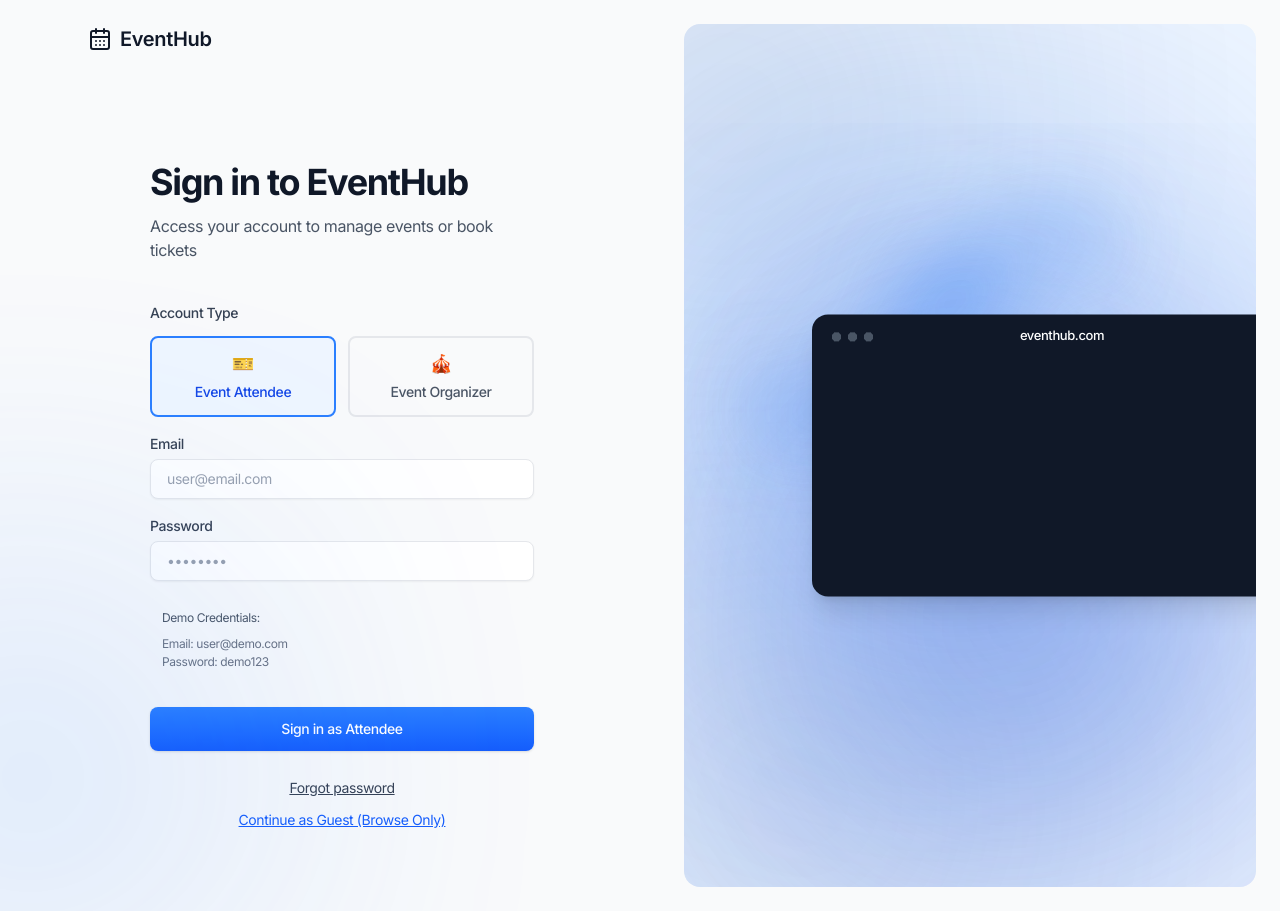
Repository: ghallymuhammad/eventhub-beta
Page: /signin
These files come from the project's save history. The page is drawn as it stood at one moment and after the next save; the edit follows.
The browser window is 1280 px wide. The pictures show the whole page.
The project was rebuilt for these pictures with package versions that can differ from the ones it lists, and the page was loaded fresh each time. The framework's server and built-in components were replaced by stand-ins that run in the browser. Also part of the build but not shown: next.config.js, components/ErrorBoundary.tsx.

Above is the page before, as saved 2025-10-07 13:41:34.

### app/layout.tsx
import "./css/style.css";

import { Inter } from "next/font/google";
import { Toaster } from "react-hot-toast";
import Providers from "@/components/providers/SessionProvider";
import ErrorBoundary from "@/components/ErrorBoundary";

const inter = Inter({
  subsets: ["latin"],
  variable: "--font-inter",
  display: "swap",
});

export const metadata = {
  title: "EventHub - Modern Event Management Platform",
  description: "Discover and book exciting events near you. EventHub offers seamless ticket purchasing, role-based access, and modern event management tools.",
};

export default function RootLayout({
  children,
}: {
  children: React.ReactNode;
}) {
  return (
    <html lang="en" className="scroll-smooth">
      <body
        className={`${inter.variable} bg-gray-50 font-inter tracking-tight text-gray-900 antialiased`}
      >
        <Providers>
          <ErrorBoundary>
            <div className="flex min-h-screen flex-col overflow-hidden supports-[overflow:clip]:overflow-clip">
              {children}
              <Toaster position="top-right" />
            </div>
          </ErrorBoundary>
        </Providers>
      </body>
    </html>
  );
}

### app/(auth)/layout.tsx
import Image from "next/image";
import Logo from "@/components/ui/logo";
import AuthBg from "@/public/images/auth-bg.svg";

export default function AuthLayout({
  children,
}: {
  children: React.ReactNode;
}) {
  return (
    <>
      <header className="absolute z-30 w-full">
        <div className="mx-auto max-w-6xl px-4 sm:px-6">
          <div className="flex h-16 items-center justify-between md:h-20">
            {/* Site branding */}
            <div className="mr-4 shrink-0">
              <Logo />
            </div>
          </div>
        </div>
      </header>

      <main className="relative flex grow">
        <div
          className="pointer-events-none absolute bottom-0 left-0 -translate-x-1/3"
          aria-hidden="true"
        >
          <div className="h-80 w-80 rounded-full bg-linear-to-tr from-blue-500 opacity-70 blur-[160px]"></div>
        </div>

        {/* Content */}
        <div className="w-full">
          <div className="flex h-full flex-col justify-center before:min-h-[4rem] before:flex-1 after:flex-1 md:before:min-h-[5rem]">
            <div className="px-4 sm:px-6">
              <div className="mx-auto w-full max-w-sm">
                <div className="py-16 md:py-20">{children}</div>
              </div>
            </div>
          </div>
        </div>

        <>
          {/* Right side */}
          <div className="relative my-6 mr-6 hidden w-[572px] shrink-0 overflow-hidden rounded-2xl lg:block">
            {/* Background */}
            <div
              className="pointer-events-none absolute left-1/2 top-1/2 -z-10 -ml-24 -translate-x-1/2 -translate-y-1/2 bg-blue-50"
              aria-hidden="true"
            >
              <Image
                src={AuthBg}
                className="max-w-none"
                width={1285}
                height={1684}
                alt="Auth bg"
              />
            </div>
            {/* Illustration */}
            <div className="absolute left-32 top-1/2 w-[500px] -translate-y-1/2">
              <div className="aspect-video w-full rounded-2xl bg-gray-900 px-5 py-3 shadow-xl transition duration-300">
                <div className="relative mb-8 flex items-center justify-between before:block before:h-[9px] before:w-[41px] before:bg-[length:16px_9px] before:[background-image:radial-gradient(circle_at_4.5px_4.5px,var(--color-gray-600)_4.5px,transparent_0)] after:w-[41px]">
                  <span className="text-[13px] font-medium text-white">
                    eventhub.com
                  </span>
                </div>
                <div className="font-mono text-sm text-gray-500 transition duration-300 [&_span]:opacity-0">
                  <span className="animate-[code-1_10s_infinite] text-gray-200">
                    npm login
                  </span>{" "}
                  <span className="animate-[code-2_10s_infinite]">
                    --registry=https://npm.pkg.github.com
                  </span>
                  <br />
                  <span className="animate-[code-3_10s_infinite]">
                    --scope=@phanatic
                  </span>{" "}
                  <span className="animate-[code-4_10s_infinite]">
                    Successfully logged-in.
                  </span>
                  <br />
                  <br />
                  <span className="animate-[code-5_10s_infinite] text-gray-200">
                    npm publish
                  </span>
                  <br />
                  <span className="animate-[code-6_10s_infinite]">
                    Package published.
                  </span>
                </div>
              </div>
            </div>
          </div>
        </>
      </main>
    </>
  );
}

### app/(auth)/signin/page.tsx
'use client';

import Link from "next/link";
import { useState } from "react";
import { useRouter } from "next/navigation";
import { signIn, getSession } from "next-auth/react";

export default function SignIn() {
  const [email, setEmail] = useState('');
  const [password, setPassword] = useState('');
  const [role, setRole] = useState('user'); // user, organizer
  const [isLoading, setIsLoading] = useState(false);
  const [error, setError] = useState('');
  const router = useRouter();

  const handleSubmit = async (e: React.FormEvent) => {
    e.preventDefault();
    setIsLoading(true);
    setError('');

    try {
      // For testing purposes, create a mock signin that works with our burger menu
      // In production, this would authenticate against the database
      if (email && password) {

        // Mock user data based on email for testing
        const mockUserData = {
          email,
          role: role.toUpperCase(), // Convert to match enum
          name: role === 'organizer' ? 'Music Events Indonesia' : 'Ahmad Rahman',
          id: '1'
        };

        // Store in session storage for mock session
        sessionStorage.setItem('mockUser', JSON.stringify(mockUserData));

        // For now, we'll use a simple redirect since the database isn't set up
        // Redirect based on role
        if (role === 'organizer') {
          router.push('/organizer');
        } else {
          router.push('/');
        }

        // Force page refresh to update session state
        window.location.reload();
      } else {
        setError('Please fill in all fields');
      }
    } catch (error) {
      console.error('Sign in error:', error);
      setError('Sign in failed. Please try again.');
    } finally {
      setIsLoading(false);
    }
  };

  return (
    <>
      <div className="mb-10">
        <h1 className="text-4xl font-bold">Sign in to EventHub</h1>
        <p className="text-gray-600 mt-2">
          Access your account to manage events or book tickets
        </p>
      </div>

      {/* Form */}
      <form onSubmit={handleSubmit}>
        <div className="space-y-4">
          {/* Role Selection */}
          <div>
            <label className="mb-3 block text-sm font-medium text-gray-700">
              Account Type
            </label>
            <div className="grid grid-cols-2 gap-3">
              <button
                type="button"
                onClick={() => setRole('user')}
                className={`p-3 text-sm font-medium rounded-lg border-2 transition-colors ${
                  role === 'user'
                    ? 'border-blue-500 bg-blue-50 text-blue-700'
                    : 'border-gray-200 text-gray-600 hover:border-gray-300'
                }`}
              >
                <div className="text-center">
                  <div className="text-lg mb-1">🎫</div>
                  <div>Event Attendee</div>
                </div>
              </button>
              <button
                type="button"
                onClick={() => setRole('organizer')}
                className={`p-3 text-sm font-medium rounded-lg border-2 transition-colors ${
                  role === 'organizer'
                    ? 'border-blue-500 bg-blue-50 text-blue-700'
                    : 'border-gray-200 text-gray-600 hover:border-gray-300'
                }`}
              >
                <div className="text-center">
                  <div className="text-lg mb-1">🎪</div>
                  <div>Event Organizer</div>
                </div>
              </button>
            </div>
          </div>

          <div>
            <label
              className="mb-1 block text-sm font-medium text-gray-700"
              htmlFor="email"
            >
              Email
            </label>
            <input
              className="form-input w-full py-2"
              id="email"
              type="email"
              value={email}
              onChange={(e) => setEmail(e.target.value)}
              placeholder={role === 'organizer' ? 'organizer@eventcompany.com' : 'user@email.com'}
              required
            />
          </div>
          <div>
            <label
              className="mb-1 block text-sm font-medium text-gray-700"
              htmlFor="password"
            >
              Password
            </label>
            <input
              className="form-input w-full py-2"
              id="password"
              type="password"
              value={password}
              onChange={(e) => setPassword(e.target.value)}
              autoComplete="current-password"
              placeholder="••••••••"
              required
            />
          </div>
        </div>

        {/* Demo Credentials */}
        <div className="mt-4 p-3 bg-gray-50 rounded-lg">
          <p className="text-xs text-gray-600 mb-2">Demo Credentials:</p>
          {role === 'user' ? (
            <div className="text-xs text-gray-500">
              <div>Email: user@demo.com</div>
              <div>Password: demo123</div>
            </div>
          ) : (
            <div className="text-xs text-gray-500">
              <div>Email: organizer@demo.com</div>
              <div>Password: admin123</div>
            </div>
          )}
        </div>

        {/* Error Message */}
        {error && (
          <div className="mt-4 p-3 bg-red-50 border border-red-200 rounded-lg">
            <p className="text-sm text-red-600">{error}</p>
          </div>
        )}

        <div className="mt-6">
          <button
            type="submit"
            disabled={isLoading}
            className="btn w-full bg-linear-to-t from-blue-600 to-blue-500 bg-[length:100%_100%] bg-[bottom] text-white shadow-sm hover:bg-[length:100%_150%] disabled:opacity-50 disabled:cursor-not-allowed"
          >
            {isLoading ? 'Signing in...' : `Sign in as ${role === 'organizer' ? 'Organizer' : 'Attendee'}`}
          </button>
        </div>
      </form>

      {/* Bottom links */}
      <div className="mt-6 text-center space-y-2">
        <div>
          <Link
            className="text-sm text-gray-700 underline hover:no-underline"
            href="/reset-password"
          >
            Forgot password
          </Link>
        </div>
        <div>
          <Link
            className="text-sm text-blue-600 underline hover:no-underline"
            href="/"
          >
            Continue as Guest (Browse Only)
          </Link>
        </div>
      </div>
    </>
  );
}

### app/css/style.css
@import 'tailwindcss';

/* Additional styles */
@import './additional-styles/utility-patterns.css' layer(components);
@import './additional-styles/theme.css';

/* Modern smooth animations */
@keyframes fadeInUp {
  from {
    opacity: 0;
    transform: translateY(30px);
  }
  to {
    opacity: 1;
    transform: translateY(0);
  }
}

@keyframes fadeIn {
  from {
    opacity: 0;
  }
  to {
    opacity: 1;
  }
}

@keyframes pulse-soft {
  0%, 100% {
    opacity: 0.3;
  }
  50% {
    opacity: 0.6;
  }
}

/* Smooth scrolling */
html {
  scroll-behavior: smooth;
}

/* Custom backdrop blur */
.backdrop-blur-xs {
  backdrop-filter: blur(2px);
}

/* Custom button animations */
.btn-hover-lift {
  transition: all 0.3s cubic-bezier(0.4, 0, 0.2, 1);
}

.btn-hover-lift:hover {
  transform: translateY(-2px);
  box-shadow: 0 10px 25px -3px rgba(0, 0, 0, 0.1), 0 4px 6px -2px rgba(0, 0, 0, 0.05);
}

@plugin "@tailwindcss/forms" {
  strategy: base;
}

@theme {
  --font-inter: Inter, sans-serif;
  --font-mono: Roboto Mono, monospace;

  --text-xs: 0.75rem;
  --text-xs--line-height: 1.5;
  --text-sm: 0.875rem;
  --text-sm--line-height: 1.5715;
  --text-base: 1rem;
  --text-base--line-height: 1.5;
  --text-base--letter-spacing: -0.017em;
  --text-lg: 1.125rem;
  --text-lg--line-height: 1.5;
  --text-lg--letter-spacing: -0.017em;
  --text-xl: 1.25rem;
  --text-xl--line-height: 1.5;
  --text-xl--letter-spacing: -0.017em;
  --text-2xl: 1.5rem;
  --text-2xl--line-height: 1.415;
  --text-2xl--letter-spacing: -0.037em;
  --text-3xl: 1.875rem;
  --text-3xl--line-height: 1.3333;
  --text-3xl--letter-spacing: -0.037em;
  --text-4xl: 2.25rem;
  --text-4xl--line-height: 1.2777;
  --text-4xl--letter-spacing: -0.037em;
  --text-5xl: 3rem;
  --text-5xl--line-height: 1;
  --text-5xl--letter-spacing: -0.037em;
  --text-6xl: 4rem;
  --text-6xl--line-height: 1;
  --text-6xl--letter-spacing: -0.037em;
  --text-7xl: 4.5rem;
  --text-7xl--line-height: 1;
  --text-7xl--letter-spacing: -0.037em;

  --animate-code-1: code-1;
  --animate-code-2: code-2;
  --animate-code-3: code-3;
  --animate-code-4: code-4;
  --animate-code-5: code-5;
  --animate-code-6: code-6;
  --animate-breath: breath;
  --animate-float: float;
  --animate-line: line;
  --animate-infinite-scroll: infinite-scroll;

  @keyframes code-1 {
    0% {
      opacity: 0;
    }
    2.5% {
      opacity: 1;
    }
    97.5% {
      opacity: 1;
    }
    100% {
      opacity: 0;
    }
  }
  @keyframes code-2 {
    16.2% {
      opacity: 0;
    }
    18.75% {
      opacity: 1;
    }
    97.5% {
      opacity: 1;
    }
    100% {
      opacity: 0;
    }
  }
  @keyframes code-3 {
    32.5% {
      opacity: 0;
    }
    35% {
      opacity: 1;
    }
    97.5% {
      opacity: 1;
    }
    100% {
      opacity: 0;
    }
  }
  @keyframes code-4 {
    48.75% {
      opacity: 0;
    }
    51.25% {
      opacity: 1;
    }
    97.5% {
      opacity: 1;
    }
    100% {
      opacity: 0;
    }
  }
  @keyframes code-5 {
    65% {
      opacity: 0;
    }
    72.5% {
      opacity: 1;
    }
    97.5% {
      opacity: 1;
    }
    100% {
      opacity: 0;
    }
  }
  @keyframes code-6 {
    81.25% {
      opacity: 0;
    }
    83.75% {
      opacity: 1;
    }
    97.5% {
      opacity: 1;
    }
    100% {
      opacity: 0;
    }
  }
  @keyframes breath {
    0%,
    100% {
      transform: scale(0.95);
    }
    50% {
      transform: scale(1.1);
    }
  }
  @keyframes float {
    0%,
    100% {
      transform: translateY(0);
    }
    50% {
      transform: translateY(-5%);
    }
  }
  @keyframes line {
    0%,
    100% {
      left: 0;
      opacity: 0;
    }
    50% {
      left: 100%;
      transform: translateX(-100%);
    }
    10%,
    40%,
    60%,
    90% {
      opacity: 0;
    }
    25%,
    75% {
      opacity: 1;
    }
  }
  @keyframes infinite-scroll {
    from {
      transform: translateX(0);
    }
    to {
      transform: translateX(-100%);
    }
  }
}

/*
  The default border color has changed to `currentColor` in Tailwind CSS v4,
  so we've added these compatibility styles to make sure everything still
  looks the same as it did with Tailwind CSS v3.

  If we ever want to remove these styles, we need to add an explicit border
  color utility to any element that depends on these defaults.
*/
@layer base {
  *,
  ::after,
  ::before,
  ::backdrop,
  ::file-selector-button {
    border-color: var(--color-gray-200, currentColor);
  }
}

### components/providers/SessionProvider.tsx
'use client';

import { SessionProvider } from 'next-auth/react';
import { ReactNode } from 'react';

interface Props {
  children: ReactNode;
}

export default function Providers({ children }: Props) {
  return (
    <SessionProvider>
      {children}
    </SessionProvider>
  );
}

### components/ui/logo.tsx
import Link from "next/link";

export default function Logo() {
  return (
    <Link href="/" className="inline-flex items-center space-x-2 group" aria-label="EventHub">
      <svg
        xmlns="http://www.w3.org/2000/svg"
        width="24"
        height="24"
        viewBox="0 0 24 24"
        fill="none"
        stroke="currentColor"
        strokeWidth="2"
        strokeLinecap="round"
        strokeLinejoin="round"
        className="text-gray-900 group-hover:text-blue-600 transition-colors duration-200"
      >
        <path d="M8 2v4"/>
        <path d="M16 2v4"/>
        <rect width="18" height="18" x="3" y="4" rx="2"/>
        <path d="M3 10h18"/>
        <path d="M8 14h.01"/>
        <path d="M12 14h.01"/>
        <path d="M16 14h.01"/>
        <path d="M8 18h.01"/>
        <path d="M12 18h.01"/>
        <path d="M16 18h.01"/>
      </svg>
      <span className="text-xl font-semibold text-gray-900 group-hover:text-blue-600 transition-colors duration-200">
        EventHub
      </span>
    </Link>
  );
}

### app/css/additional-styles/theme.css
/* Scrollspy links */
[data-scrollspy-link].scrollspy-active {
  @apply text-blue-500 font-medium;
}

/* Custom AOS animations */
[data-aos="zoom-y-out"] {
transform: scaleX(1.03);
opacity: 0;
transition-property: transform, opacity;
}

@media screen {
  html:not(.no-js) body [data-aos=fade-up] {
      -webkit-transform: translate3d(0, 10px, 0);
      transform: translate3d(0, 10px, 0);
  }

  html:not(.no-js) body [data-aos=fade-down] {
      -webkit-transform: translate3d(0, -10px, 0);
      transform: translate3d(0, -10px, 0);
  }

  html:not(.no-js) body [data-aos=fade-right] {
      -webkit-transform: translate3d(-10px, 0, 0);
      transform: translate3d(-10px, 0, 0);
  }

  html:not(.no-js) body [data-aos=fade-left] {
      -webkit-transform: translate3d(10px, 0, 0);
      transform: translate3d(10px, 0, 0);
  }

  html:not(.no-js) body [data-aos=fade-up-right] {
      -webkit-transform: translate3d(-10px, 10px, 0);
      transform: translate3d(-10px, 10px, 0);
  }

  html:not(.no-js) body [data-aos=fade-up-left] {
      -webkit-transform: translate3d(10px, 10px, 0);
      transform: translate3d(10px, 10px, 0);
  }

  html:not(.no-js) body [data-aos=fade-down-right] {
      -webkit-transform: translate3d(-10px, -10px, 0);
      transform: translate3d(-10px, -10px, 0);
  }

  html:not(.no-js) body [data-aos=fade-down-left] {
      -webkit-transform: translate3d(10px, -10px, 0);
      transform: translate3d(10px, -10px, 0);
  }

  html:not(.no-js) body [data-aos=zoom-in-up] {
      -webkit-transform: translate3d(0, 10px, 0) scale(.6);
      transform: translate3d(0, 10px, 0) scale(.6);
  }

  html:not(.no-js) body [data-aos=zoom-in-down] {
      -webkit-transform: translate3d(0, -10px, 0) scale(.6);
      transform: translate3d(0, -10px, 0) scale(.6);
  }

  html:not(.no-js) body [data-aos=zoom-in-right] {
      -webkit-transform: translate3d(-10px, 0, 0) scale(.6);
      transform: translate3d(-10px, 0, 0) scale(.6);
  }

  html:not(.no-js) body [data-aos=zoom-in-left] {
      -webkit-transform: translate3d(10px, 0, 0) scale(.6);
      transform: translate3d(10px, 0, 0) scale(.6);
  }

  html:not(.no-js) body [data-aos=zoom-out-up] {
      -webkit-transform: translate3d(0, 10px, 0) scale(1.2);
      transform: translate3d(0, 10px, 0) scale(1.2);
  }

  html:not(.no-js) body [data-aos=zoom-out-down] {
      -webkit-transform: translate3d(0, -10px, 0) scale(1.2);
      transform: translate3d(0, -10px, 0) scale(1.2);
  }

  html:not(.no-js) body [data-aos=zoom-out-right] {
      -webkit-transform: translate3d(-10px, 0, 0) scale(1.2);
      transform: translate3d(-10px, 0, 0) scale(1.2);
  }

  html:not(.no-js) body [data-aos=zoom-out-left] {
      -webkit-transform: translate3d(10px, 0, 0) scale(1.2);
      transform: translate3d(10px, 0, 0) scale(1.2);
  }
}

Loaded but not shown: app/css/additional-styles/utility-patterns.css (371 lines, source omitted)

After the next save:
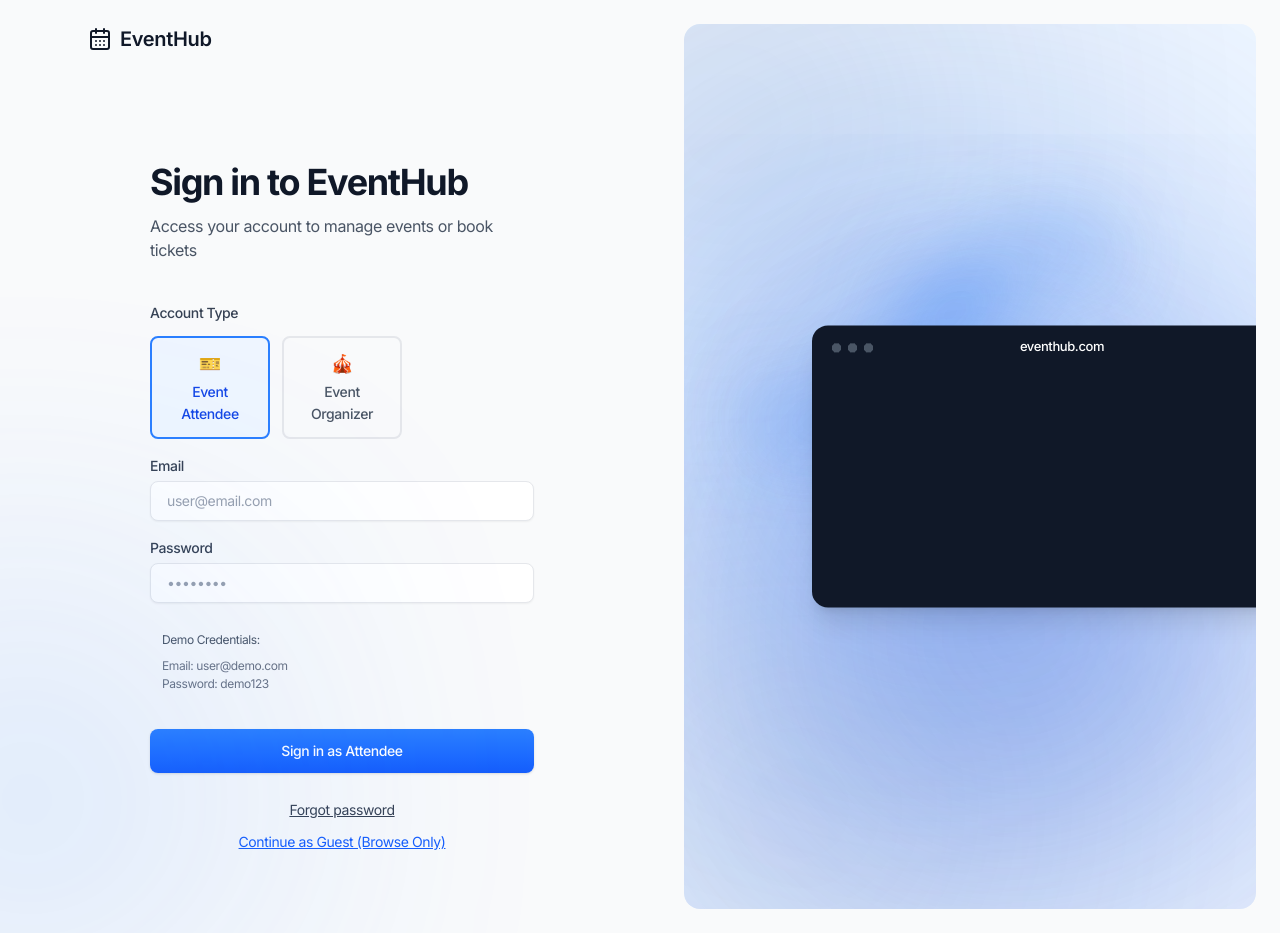
Saved 20 s later.
--- a/app/(auth)/signin/page.tsx
+++ b/app/(auth)/signin/page.tsx
@@ -72,7 +72,7 @@ export default function SignIn() {
             <label className="mb-3 block text-sm font-medium text-gray-700">
               Account Type
             </label>
-            <div className="grid grid-cols-2 gap-3">
+            <div className="grid grid-cols-3 gap-3">
               <button
                 type="button"
                 onClick={() => setRole('user')}
